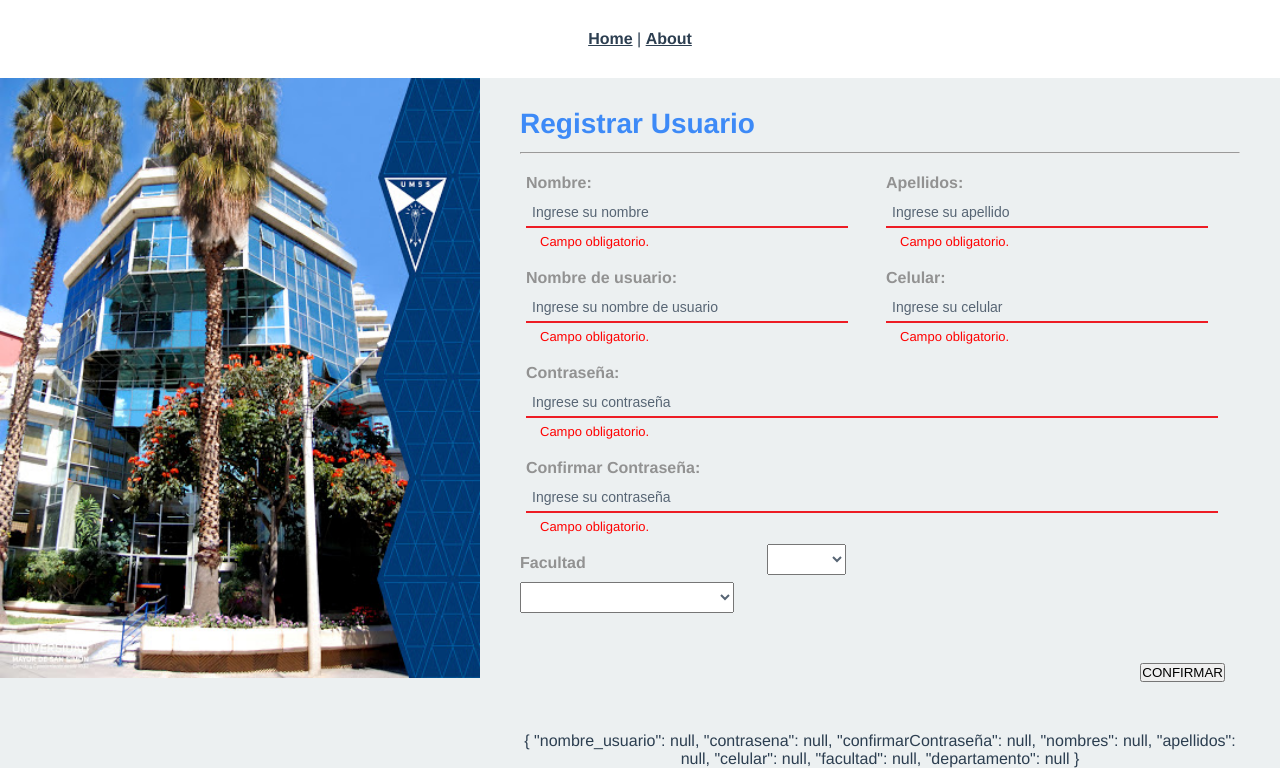
Repository: BritanyTorrico/front-cotizaciones
Page: /register
These files come from the project's save history. The page is drawn as it stood at one moment and after the next save; the edit follows.
The browser window is 1280 px wide. The pictures show the whole page.
The project was rebuilt for these pictures with package versions that can differ from the ones it lists, and the page was loaded fresh each time. Also part of the build but not shown: vue.config.js, src/components/HelloWorld.vue, src/views/Home.vue.

Above is the page before, as saved 2021-04-22 10:31:08.

After the next save:
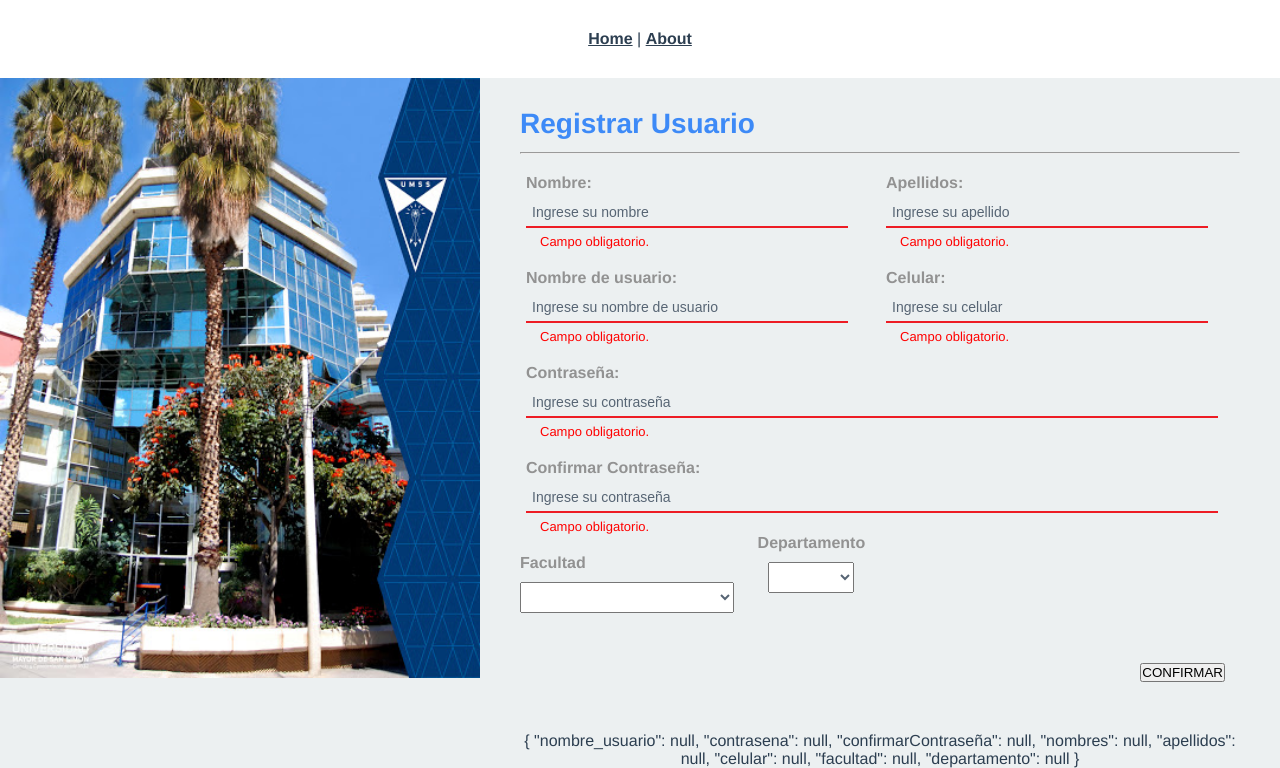
Saved 3 min 47 s later.
--- a/src/components/User/RegisterUser.vue
+++ b/src/components/User/RegisterUser.vue
@@ -146,6 +146,7 @@
             <div>
               <lista-desplegable
                 v-model="users.departamento"
+                nombreLista="Departamento"
               ></lista-desplegable>
             </div>
           </div>
